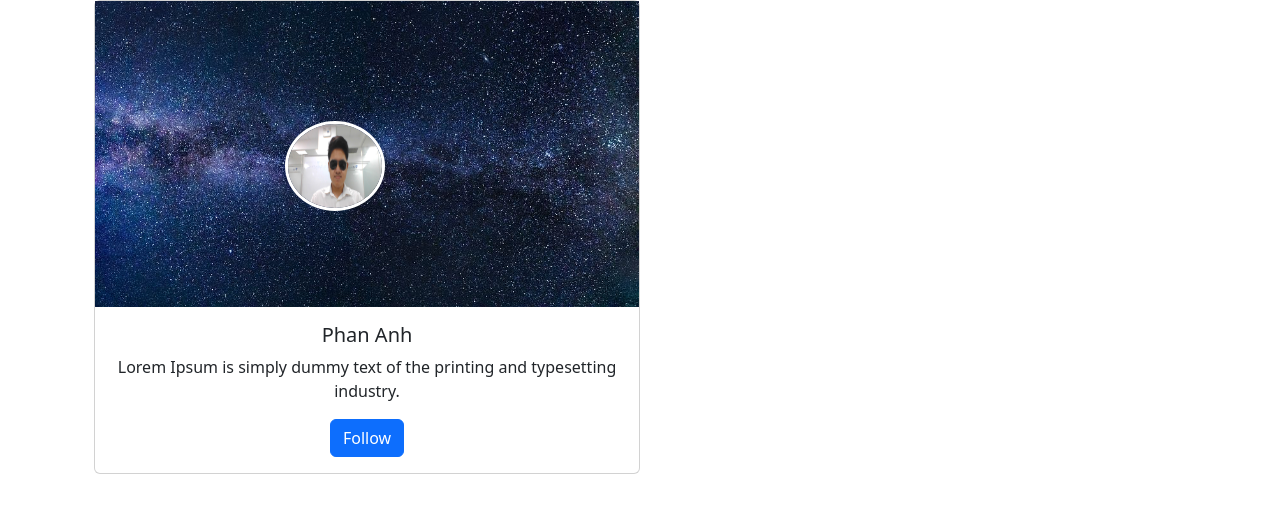
Repository: NPhanA/React2022
Page: / (app in Day 03-React/exercise/)
These files come from the project's save history. The page is drawn as it stood at one moment and after the next save; the edit follows.
The browser window is 1280 px wide. The pictures show the whole page.
The project was rebuilt for these pictures with package versions that can differ from the ones it lists, and the page was loaded fresh each time. Also part of the build but not shown: Day 03-React/exercise/src/App.css, Day 03-React/exercise/src/App.js, Day 03-React/exercise/src/Components/UserAgent.js.

Above is the page before, as saved 2022-07-26 16:41:35.

### Day 03-React/exercise/src/index.js
import React from 'react';
import ReactDOM from 'react-dom/client';
import './index.css';
import App from './App';
import reportWebVitals from './reportWebVitals';
import 'bootstrap/dist/css/bootstrap.min.css';
import {createRoot} from 'react-dom/client';
import UserAgent from './Components/UserAgent';
import App1 from './Components/ProfileCard';
import ProfileCard from './Components/ProfileCard';
const container = document.getElementById('root');
const root = createRoot(container);
root.render(<ProfileCard />);

### Day 03-React/exercise/src/Components/ProfileCard.js
import avatar from '../Pictures/Avatar.jpg';
import space from '../Pictures/Space.jpg';

function ProfileCard() {
    return (
        <div className="container ">
            <div className="row mx-auto">
                <div className="col-xs-12 col-xxl-6 mx-auto">
        <div className="card w-50 text-center" >
        <div className="upper">
                <img src={space} className="img-fluid"></img>
              </div>
              <div className="user text-center">
                <div className="profile">
                  <img src={avatar} className="rounded-circle position-absolute" width="80" style={{
        top:"120px",
        left: "35%",
        height: "90px",
        width: "100px",
        border:"3px solid #fff",
        borderradius: "50%"}}></img>
                </div>
              </div>
        <div className="card-body">
          <h5 className="card-title">Phan Anh</h5>
          <p className="card-text">Lorem Ipsum is simply dummy text of the printing and typesetting industry.</p>
          <a href="#" className="btn btn-primary">Follow</a>
        </div>
      </div>
      </div>
      </div>
      </div>
    );
  }

  export default ProfileCard;

Loaded but not shown: Day 03-React/exercise/public/index.html (common file); Day 03-React/exercise/src/index.css (common file); Day 03-React/exercise/src/reportWebVitals.js (common file)

After the next save:
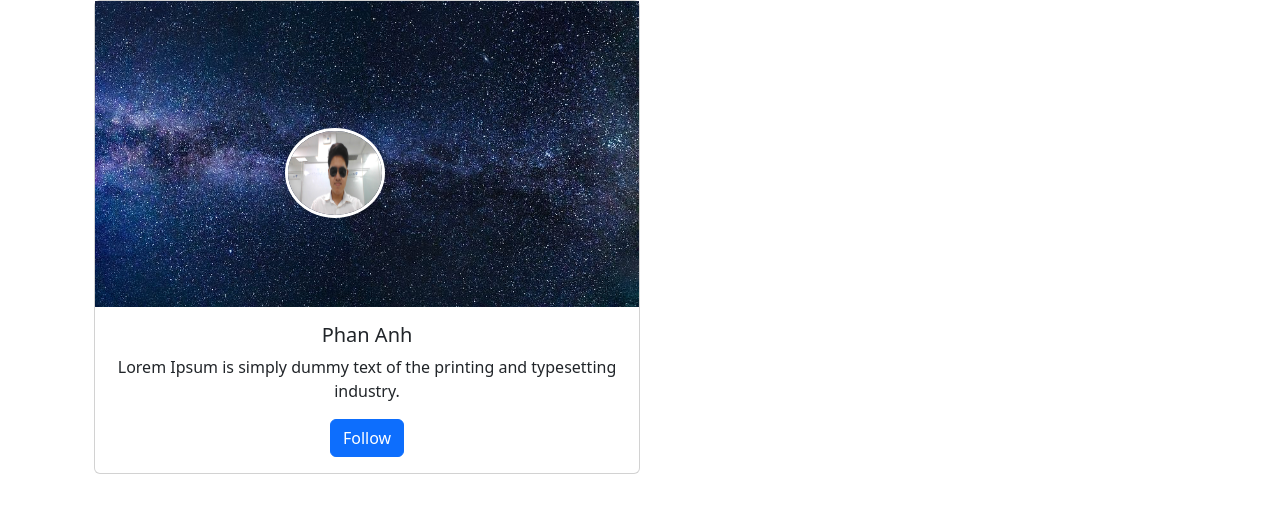
Saved 4 s later.
--- a/Day 03-React/exercise/src/Components/ProfileCard.js
+++ b/Day 03-React/exercise/src/Components/ProfileCard.js
@@ -13,7 +13,7 @@ function ProfileCard() {
               <div className="user text-center">
                 <div className="profile">
                   <img src={avatar} className="rounded-circle position-absolute" width="80" style={{
-        top:"120px",
+        top:"127px",
         left: "35%",
         height: "90px",
         width: "100px",
